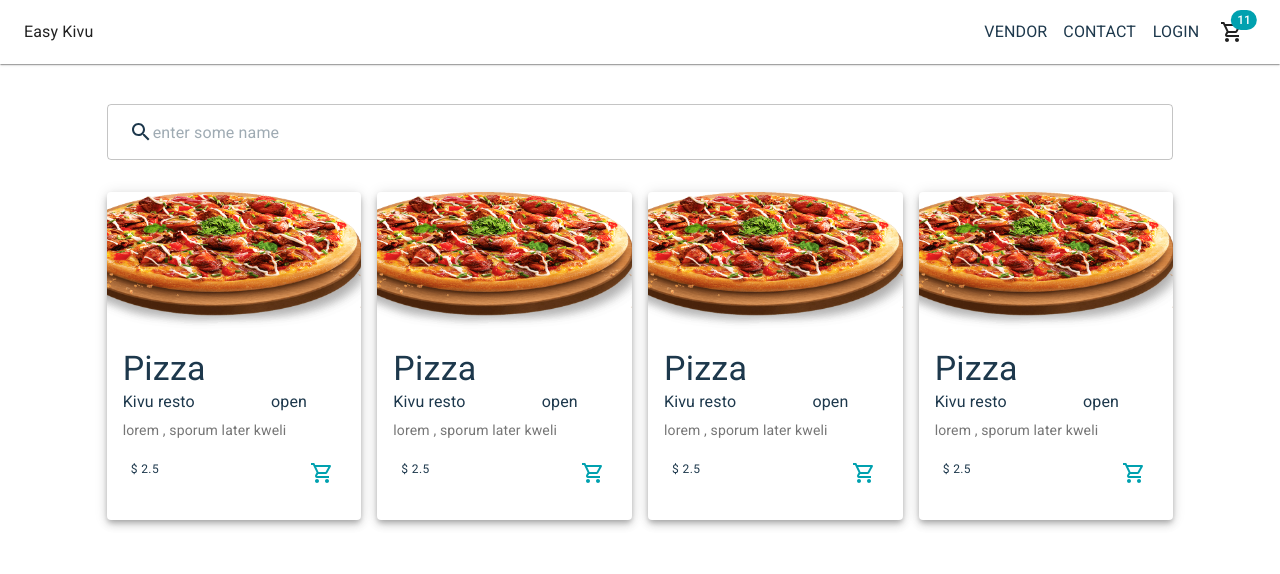
Repository: kilamaelie/jokes-dapp
Page: /
The author's editor kept a copy of each file at every save. The page is drawn from the files as they stood at one save, then again after the next save.
The browser window is 1280 px wide. The pictures show the whole page.
The project was rebuilt for these pictures with package versions that can differ from the ones it lists, and the page was loaded fresh each time. Also part of the build but not shown: src/ui/page/dashboard/dashboard.js.

Above is the page before, as saved 2021-06-28 02:56:31.

### src/App.js
import React from 'react'
import {BrowserRouter as Router ,Switch,Route} from 'react-router-dom'
import {ThemeProvider } from "@material-ui/core/styles";
import theme from './App_theme/theme'
import CssBaseline from '@material-ui/core/CssBaseline'
import Main from './ui/page/website/main'
import Dashboards from  './ui/page/dashboard/dashboard'
import AppBars from './ui/widget/appbar'



const App =()=>{


  return (
    <ThemeProvider theme={theme}>
      <CssBaseline>
          <Router>
            <AppBars/>
            <Switch>
              <Route path='/dashboard' component={Dashboards}/>
              <Route path= '/' component={Main}/>
            </Switch>
          </Router>
      </CssBaseline>
    </ThemeProvider>
  )
}

export default App

### src/App_theme/theme.js
import {createMuiTheme} from '@material-ui/core/styles'


const theme =createMuiTheme({
    palette:{
        primary:{
          main: '#FFF'
        },
        secondary:{
          main: '#00A1AF'
        },
        background:{
          default:'#FFF'
        },
        text:{
          primary:'#1D384C',
        }

      }
})

export default theme

### src/ui/page/website/main.js
import React from 'react'
import {Switch,Route} from 'react-router-dom'
import Home from './screen/home'



const Main =()=>{
    return (
            <Switch>

                <Route exact path= '/' component={Home}/>
            </Switch>
        )
}

export default Main

### src/ui/widget/appbar.js
import React,{useState} from 'react'
import {Grid,AppBar,Toolbar,IconButton,Typography,Button,Dialog,DialogContent,DialogContentText,MenuItem,Menu,Badge} from '@material-ui/core';
import RestaurantMenuIcon from '@material-ui/icons/RestaurantMenu';
import AccountCircle from '@material-ui/icons/AccountCircle';
import NotificationsIcon from '@material-ui/icons/Notifications';
import MoreIcon from '@material-ui/icons/MoreVert';
import { useTheme} from '@material-ui/core/styles'
import useMediaQuery from '@material-ui/core/useMediaQuery';
import useStyles from '../style'
import {Link} from 'react-router-dom'
import ShoppingCartOutlinedIcon from '@material-ui/icons/ShoppingCartOutlined';




const AppBars =()=>{

  const classes = useStyles();
  const [open, setOpen] = useState(false);
  const theme = useTheme();
  const fullScreen = useMediaQuery(theme.breakpoints.down('sm'));

  const handleClickOpen = () => {
    setOpen(true);
  };
  const handleClose = () => {
    setOpen(false);
  };
  // for the app bar

  const [anchorEl, setAnchorEl] = React.useState(null);
  const [mobileMoreAnchorEl, setMobileMoreAnchorEl] = React.useState(null);

  const isMenuOpen = Boolean(anchorEl);
  const isMobileMenuOpen = Boolean(mobileMoreAnchorEl);

  const handleProfileMenuOpen = (event) => {
    setAnchorEl(event.currentTarget);
  };
  const handleMenuClose = () => {
    setAnchorEl(null);
    handleMobileMenuClose();
  };
  const handleMobileMenuClose = () => {
    setMobileMoreAnchorEl(null);
  };
  const handleMobileMenuOpen = (event) => {
    setMobileMoreAnchorEl(event.currentTarget);
  };
  const handleLogoutAndMenuClose = () =>{
    const logout = localStorage.removeItem('token')
    localStorage.removeItem('id')
    localStorage.removeItem('user')
    setAnchorEl(null);
    handleMobileMenuClose();
    window.location.reload();
    return logout
  }

  const menuId = 'primary-search-account-menu';
  const renderMenu = (
    <Menu
      anchorEl={anchorEl}
      anchorOrigin={{ vertical: 'top', horizontal: 'right' }}
      id={menuId}
      keepMounted
      transformOrigin={{ vertical: 'top', horizontal: 'right' }}
      open={isMenuOpen}
      onClose={handleMenuClose}
    >
      <MenuItem onClick={handleMenuClose}>Profile</MenuItem>
      <MenuItem onClick={handleLogoutAndMenuClose}>Logout</MenuItem>
    </Menu>
  );

  const mobileMenuId = 'primary-search-account-menu-mobile';
  const renderMobileMenu = (
    <Menu
      anchorEl={mobileMoreAnchorEl}
      anchorOrigin={{ vertical: 'top', horizontal: 'right' }}
      id={mobileMenuId}
      keepMounted
      transformOrigin={{ vertical: 'top', horizontal: 'right' }}
      open={isMobileMenuOpen}
      onClose={handleMobileMenuClose}
    >
          <MenuItem>
          <Typography className={classes.typoAppbar}>VENDOR</Typography>
          </MenuItem>
          <MenuItem>
           <Typography className={classes.typoAppbar}>Contact</Typography>
          </MenuItem>
          {/* {
            token!=null? <div>
               <MenuItem>
        <IconButton aria-label="show 11 new notifications" color="inherit">
          <Badge badgeContent={11} color="secondary">
            <NotificationsIcon />
          </Badge>
        </IconButton>
        <p>Notifications</p>
      </MenuItem>
      <MenuItem onClick={handleProfileMenuOpen}>
        <IconButton
          aria-label="account of current user"
          aria-controls="primary-search-account-menu"
          aria-haspopup="true"
          color="inherit"
        >
          <AccountCircle />
        </IconButton>
        <p>Profile</p>
      </MenuItem>
            </div>

            :  */}
             <div>
              <MenuItem>
            <Button onClick={handleClickOpen}><Typography className={classes.typoAppbar}>Login</Typography></Button>
                    <Dialog
                        // fullScreen={fullScreen}
                        open={open}
                        onClose={handleClose}
                        aria-labelledby="responsive-dialog-title"
                          >
                            <DialogContent>
                              <DialogContentText>
                                  {/* <Login/> */}
                              </DialogContentText>
                            </DialogContent>
                    </Dialog>
          </MenuItem>
            </div>
          {/* } */}


    </Menu>
  );
  return (
      <Grid container direction='row'>
          {/* <Grid item xs={1} sm={1}></Grid> */}
          <Grid item xs={12} sm={12}>
          <AppBar position="fixe" elevation={1}  >
        <Toolbar>
          {/* <IconButton
            component={Link}
            to='/'
            edge="start"
            className={classes.menuButton}
            color="inherit"
            aria-label="open drawer"
          >
            <RestaurantMenuIcon className={classes.icon} />
          </IconButton> */}
          <Typography className={classes.title}  noWrap>
            Easy Kivu
          </Typography>

          <div className={classes.grow} />
          <div className={classes.sectionDesktop}>
             <Button ><Typography className={classes.typoAppbar}>VENDOR</Typography></Button>
            <Button><Typography className={classes.typoAppbar}>CONTACT</Typography></Button>
            {/* {token!=null?
            <div>
            <IconButton aria-label="show 17 new notifications" color="inherit">
              <Badge badgeContent={17} color="secondary">
                <NotificationsIcon  color="secondary"/>
              </Badge>
            </IconButton>
            <IconButton
              edge="end"
              aria-label="account of current user"
              aria-controls={menuId}
              aria-haspopup="true"
              onClick={handleProfileMenuOpen}
              color="inherit"
            >
              <AccountCircle color="secondary" />
            </IconButton>
            </div>
            : */}
            <div>
               <Button onClick={handleClickOpen}><Typography className={classes.typoAppbar}>LOGIN</Typography></Button>
                <Dialog
                    // fullScreen={fullScreen}
                    open={open}
                    onClose={handleClose}
                    aria-labelledby="responsive-dialog-title"
                      >
                        <DialogContent>
                          <DialogContentText>
                          {/* <Login/> */}
                          </DialogContentText>
                        </DialogContent>

                    </Dialog>
            </div>

            {/* } */}

          </div>
          <IconButton aria-label="show 11 new notifications" color="inherit">
          <Badge badgeContent={11} color="secondary">
            <ShoppingCartOutlinedIcon />
          </Badge>
        </IconButton>
          <div className={classes.sectionMobile}>
            <IconButton
              aria-label="show more"
              aria-controls={mobileMenuId}
              aria-haspopup="true"
              onClick={handleMobileMenuOpen}
              color="inherit"
            >
              <MoreIcon className={classes.icon} />
            </IconButton>
          </div>
        </Toolbar>
      </AppBar>
      {renderMobileMenu}
      {renderMenu}
          </Grid>
          {/* <Grid item xs={1} sm={1}></Grid> */}
      </Grid>
  )

}
export default AppBars

### src/ui/page/website/screen/home.js
import React from 'react'
import useStyles from '../../../style'
import {Grid,TextField,InputAdornment} from '@material-ui/core'
import SearchIcon from '@material-ui/icons/Search';
import CardItem from '../screen/widget/card'


const Home = () =>{
    const classes =useStyles()

    return (
        <Grid container direction='row' className={classes.margin_40} >
            <Grid item xs={1} sm={1}></Grid>
            <Grid item xs={10} sm={10}  >
               <Grid container spacing={4}  >
                   <Grid item xs={12} sm={12}>
                       <TextField
                        variant='outlined'
                        fullWidth
                        onFocus
                        placeholder="enter some name"
                        InputProps={{
                            startAdornment: (
                              <InputAdornment position="end">
                                <SearchIcon />
                              </InputAdornment>
                            ),
                          }}
                       />
                   </Grid>
                   <Grid item xs={12} sm={12}>
                       <Grid container spacing ={2}>
                           <Grid item xs={12} sm={3}>
                           <CardItem/>
                           </Grid>
                           <Grid item xs={12} sm={3}>
                           <CardItem/>
                           </Grid>
                           <Grid item xs={12} sm={3}>
                           <CardItem/>
                           </Grid>
                           <Grid item xs={12} sm={3}>
                           <CardItem/>
                           </Grid>
                       </Grid>
                   </Grid>
               </Grid>
            </Grid>
            <Grid item xs={1} sm={1}></Grid>
        </Grid>
    )
}

export default Home

### src/ui/style.js
import {makeStyles} from '@material-ui/core/styles'

export default makeStyles((theme)=>({

    app:{
        background:'white',
        //marginTop:10,
        // marginbo

    },
    title:{
        color:theme.palette.primary.secondary,
        fontWeight:400,

    },
    grow: {
        flexGrow: 1,
      },
      menuButton: {
        marginRight: theme.spacing(4),
      },
      title: {
        display: '',
        color:theme.palette.primary.secondary,
        fontWeight: 400 ,
        [theme.breakpoints.up('sm')]: {
          display: 'block',
          fontWeight: 400
        },
      },

      sectionDesktop: {
        display: 'none',
        [theme.breakpoints.up('md')]: {
          display: 'flex',
        },
      },
      sectionMobile: {
        display: 'flex',
        [theme.breakpoints.up('md')]: {
          display: 'none',
        },
      },
    icon:{
        color:theme.palette.primary.secondary,
    },
    typoAppbar:{
      color:theme.palette.primary.secondary,
      fontSize: 15,
      fontWeight:400
    },
    homeAppbar:{
      marginTop:40,
      backgroundColor:theme.palette.primary.secondary,
      height:80,
      borderRadius:"10px"
    },
    margin_40:{
      marginTop: 40,
      marginBottom:40
    }

}))

### src/ui/page/website/screen/widget/card.js
import React from 'react'
import {Grid,TextField,Typography,IconButton} from '@material-ui/core'
import Card from '@material-ui/core/Card';
import CardActionArea from '@material-ui/core/CardActionArea';
import CardActions from '@material-ui/core/CardActions';
import CardContent from '@material-ui/core/CardContent';
import CardMedia from '@material-ui/core/CardMedia';
import Button from '@material-ui/core/Button';
import Pizza from '../../../../../assets/pizza.png'
import ShoppingCartOutlinedIcon from '@material-ui/icons/ShoppingCartOutlined';


const CardItem =()=>{
    return (
        <Card elevation={5} >
        {/* <CardActionArea> */}
          <CardMedia
            style={{height:140}}
            image={Pizza}
            // title={imagetitle}
          />
          <CardContent>
            <Typography variant="caption" variant='h4' component="h2" >
              Pizza
            </Typography>
            <Grid container>
              <Grid item xs={8} sm={8}>
              <Typography align='ri'  component="h2" >
              Kivu resto
            </Typography>
              </Grid>
             < Grid item xs={4} sm={4}>
              <Typography gutterBottom  component="h2" >
              open
            </Typography>
              </Grid>
            </Grid>

            <Typography variant="body2" color="textSecondary" style={{height:30}}>
             lorem , sporum later kweli
            </Typography>

        {/* </CardActionArea> */}
        <CardActions>
          <Grid container>
            <Grid item sm={6} md={6} xs={6} justify="center">
              <Typography variant="caption">
                $ 2.5
              </Typography>
            </Grid>
            <Grid item md={6} xs={6}>
              <Grid container direction="column" justify="center" alignItems="flex-end">
              <IconButton size="small" color="secondary" >
                <ShoppingCartOutlinedIcon/>
              </IconButton>
              </Grid>
            </Grid>
          </Grid>

        </CardActions>
        </CardContent>
      </Card>
    )
}


export default CardItem;

Loaded but not shown: public/index.html (common file); src/index.js (common file); src/index.css (common file); src/reportWebVitals.js (common file)

After the next save:
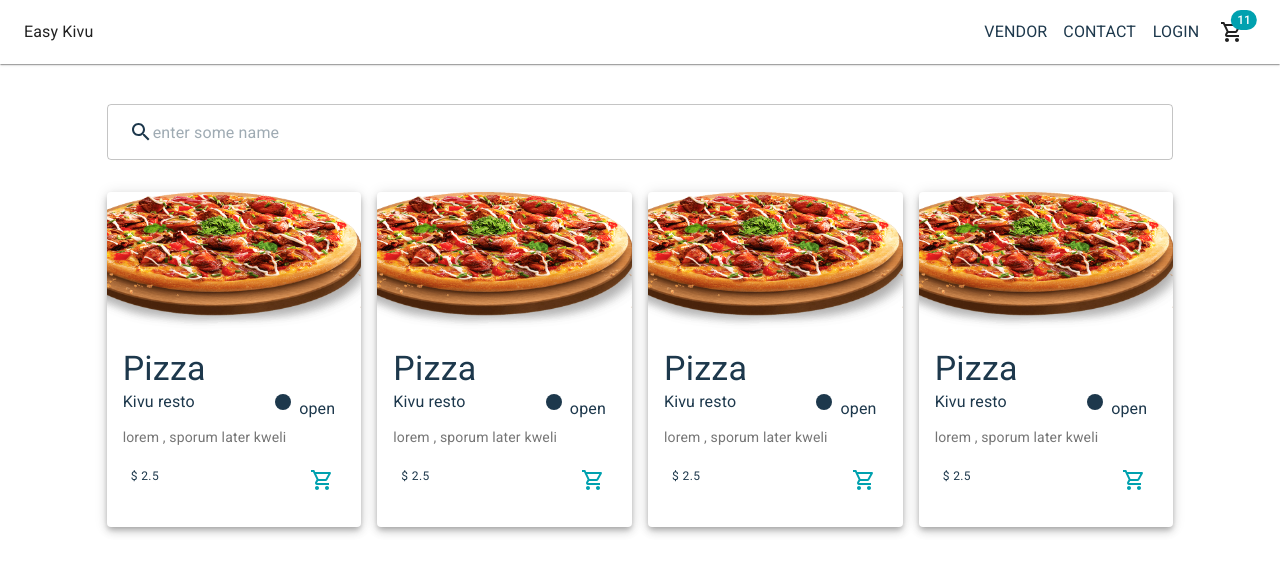
Saved 50 s later.
--- a/src/ui/page/website/screen/widget/card.js
+++ b/src/ui/page/website/screen/widget/card.js
@@ -8,7 +8,7 @@ import CardMedia from '@material-ui/core/CardMedia';
 import Button from '@material-ui/core/Button';
 import Pizza from '../../../../../assets/pizza.png'
 import ShoppingCartOutlinedIcon from '@material-ui/icons/ShoppingCartOutlined';
-
+import FiberManualRecordIcon from '@material-ui/icons/FiberManualRecord';
 
 const CardItem =()=>{
     return (
@@ -31,7 +31,7 @@ const CardItem =()=>{
               </Grid>
              < Grid item xs={4} sm={4}>
               <Typography gutterBottom  component="h2" >
-              open
+             <FiberManualRecordIcon/> open
             </Typography>
               </Grid>
             </Grid>
